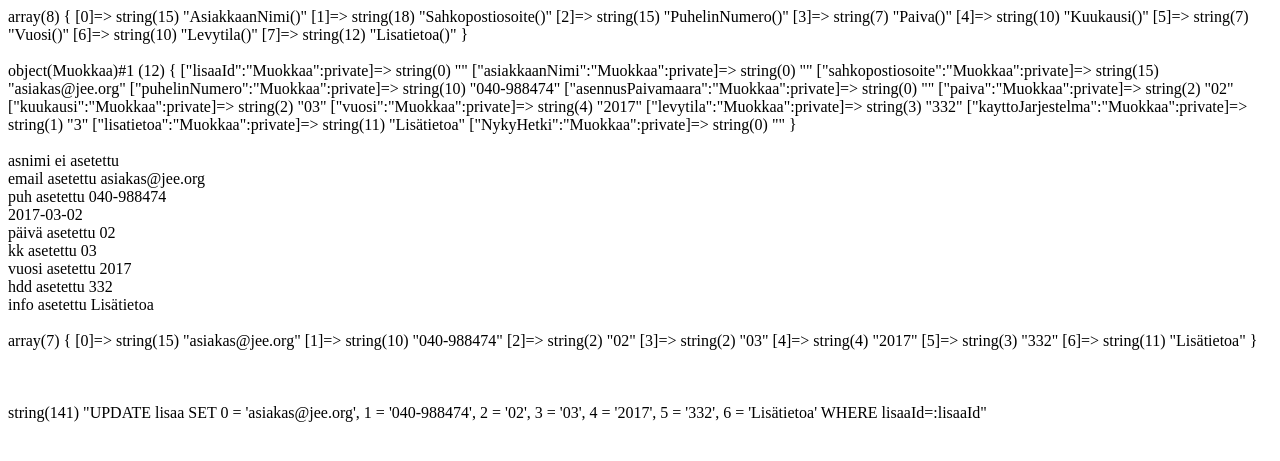
Repository: TommiKurjensalo/php
Page: http://localhost/test/function_to_function.php
The author's editor kept a copy of each file at every save. The page is drawn from the files as they stood at one save, then again after the next save.
The browser window is 1280 px wide. The pictures show the whole page.
The page is run by PHP 8.4 with error messages shown; the project is at /var/www/html/.

Above is the page before, as saved 2017-04-25 17:14:07.

After the next save:
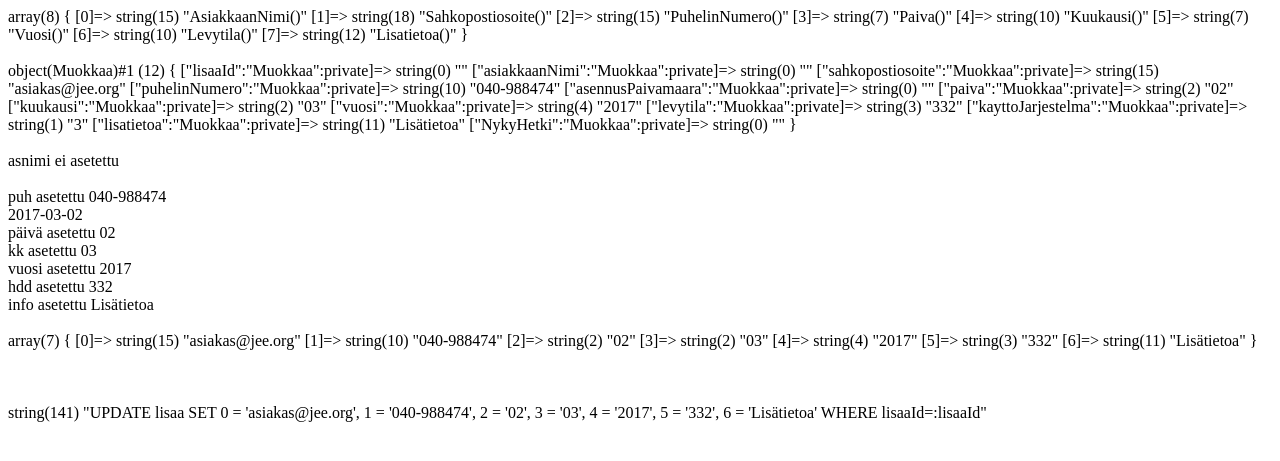
Saved 11 s later.
--- a/sivut/test/function_to_function.php
+++ b/sivut/test/function_to_function.php
@@ -379,7 +379,7 @@
 
 	echo (!empty($muokkaa->getAsiakkaanNimi()) ? 'asnimi asetettu '.$data[]=$muokkaa->getAsiakkaanNimi() :'asnimi ei asetettu');
 	echo "<br>";
-	echo (!empty($muokkaa->getSahkopostiosoite()) ? 'email asetettu '.$data[]=$muokkaa->getSahkopostiosoite() :'email ei asetettu');
+	(!empty($muokkaa->getSahkopostiosoite()) ? 'email asetettu '.$data[]=$muokkaa->getSahkopostiosoite() :'email ei asetettu');
 	echo "<br>";
 	echo (!empty($muokkaa->getPuhelinNumero()) ? 'puh asetettu '.$data[]=$muokkaa->getPuhelinNumero() :'puh ei asetettu');
 	echo "<br>";

After the save that followed:
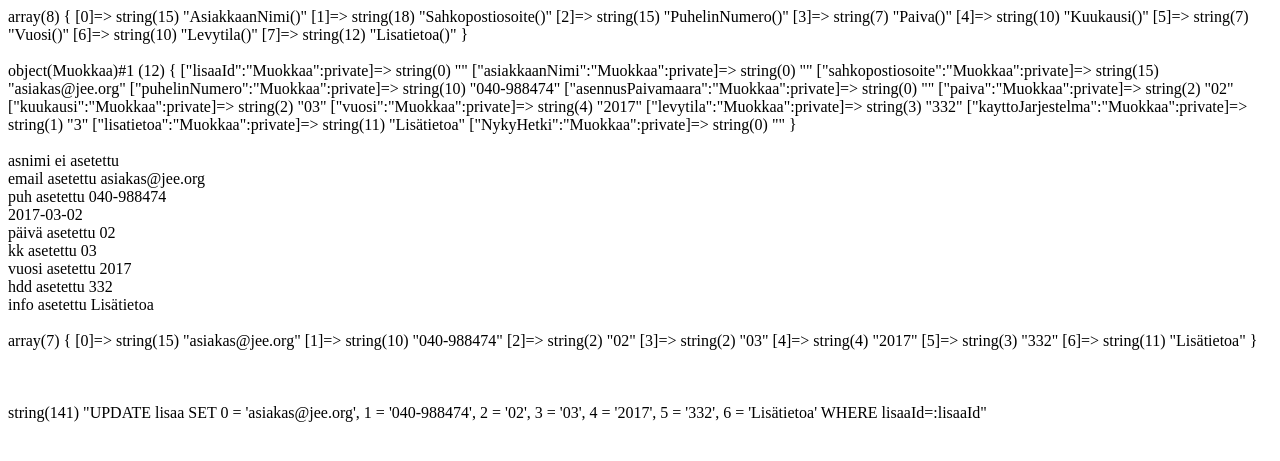
Saved 18 s later.
--- a/sivut/test/function_to_function.php
+++ b/sivut/test/function_to_function.php
@@ -379,7 +379,7 @@
 
 	echo (!empty($muokkaa->getAsiakkaanNimi()) ? 'asnimi asetettu '.$data[]=$muokkaa->getAsiakkaanNimi() :'asnimi ei asetettu');
 	echo "<br>";
-	(!empty($muokkaa->getSahkopostiosoite()) ? 'email asetettu '.$data[]=$muokkaa->getSahkopostiosoite() :'email ei asetettu');
+	echo (!empty($muokkaa->getSahkopostiosoite()) ? 'email asetettu '.$data[]=$muokkaa->getSahkopostiosoite() :'email ei asetettu');
 	echo "<br>";
 	echo (!empty($muokkaa->getPuhelinNumero()) ? 'puh asetettu '.$data[]=$muokkaa->getPuhelinNumero() :'puh ei asetettu');
 	echo "<br>";
